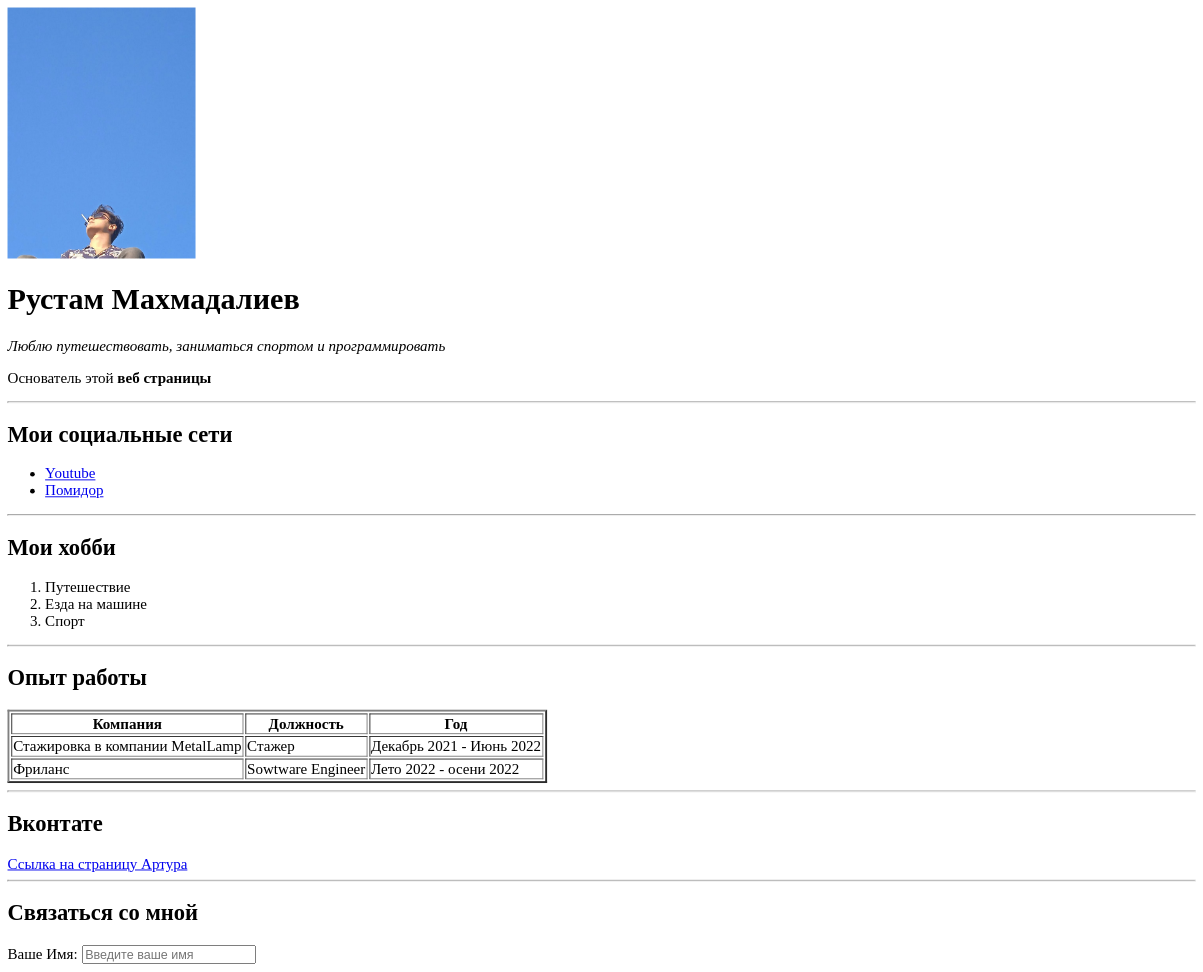
Repository: RustamMakh/html
Page: index.html
These files come from the project's save history. The page is drawn as it stood at one moment and after the next save; the edit follows.
The browser window is 1280 px wide. The pictures show the whole page, at 94% of full size.

Above is the page before, as saved 2022-06-08 18:28:24.

After the next save:
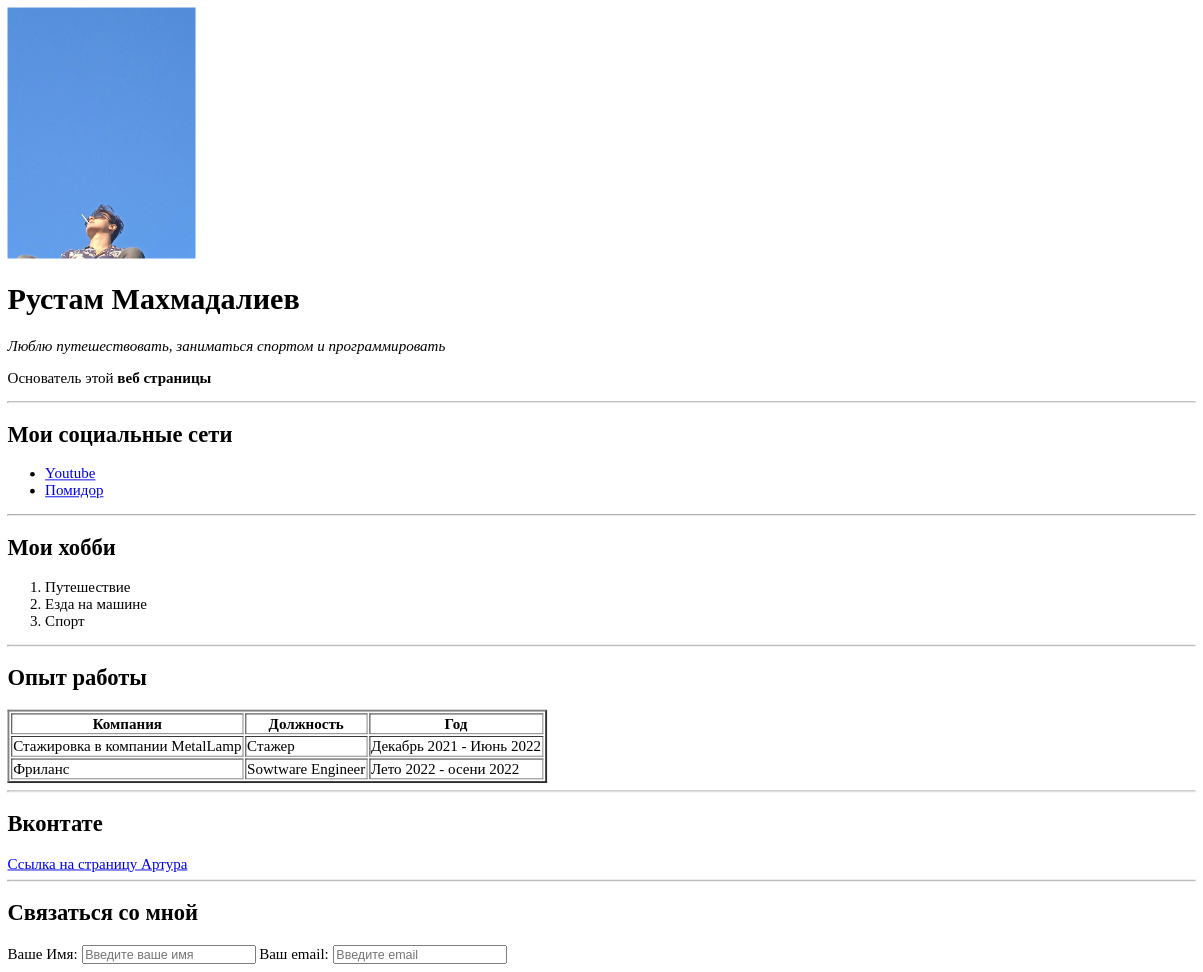
Saved 2 min 6 s later.
--- a/index.html
+++ b/index.html
@@ -56,5 +56,8 @@
   <form action="/"
   <label for="name">Ваше Имя:</label>
   <input type="text" id="name" placeholder="Введите ваше имя">
+
+  <label for="email">Ваш email:</label>
+  <input type="email" id="email" placeholder="Введите email">
 </body>
 </html>
